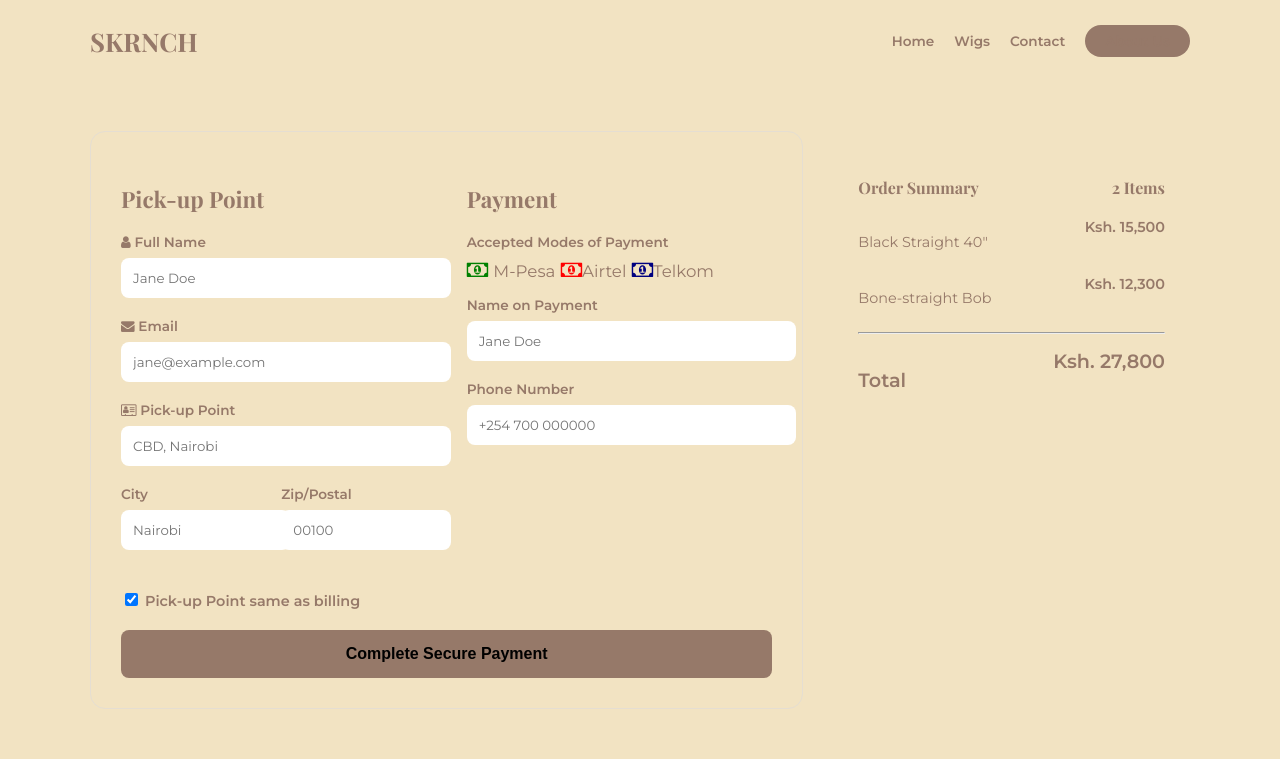
Repository: ndirituart/Portfolio
Page: paymentpage.html
An editor plug-in stored every save of this project. The page is shown before and after a run of saves, followed by the edit.
The browser window is 1280 px wide. The pictures show the whole page.
Some web fonts or font styles are not loaded; a fallback is used.

Above is the page before, as saved 2026-02-04 13:51:21.

### paymentpage.html
<!DOCTYPE html>
<html lang="en">
<head>
    <meta charset="UTF-8">
    <meta name="viewport" content="width=device-width, initial-scale=1.0">
    <title>Checkout | SKRNCH </title>
    <link href="https://fonts.googleapis.com/css2?family=Playfair+Display:ital,wght@0,700;1,700&family=Montserrat:wght@400;600&display=swap" rel="stylesheet">
    <link rel="stylesheet" href="https://cdnjs.cloudflare.com/ajax/libs/font-awesome/4.7.0/css/font-awesome.min.css">
</head>
<body>

    <header class="main-header">
        <div class="container">
            <div class="logo">SKRNCH </div>
            <nav>
                <ul>
                    <li><a href="Homepage.html">Home</a></li>
                    <li><a href="buywigs.html">Wigs</a></li>
                    <li><a href="contact.html">Contact</a></li>
                    <li><a href="about.html" class="btn-small">About Us</a></li>
                </ul>
            </nav>
        </div>
    </header>

    <main class="container checkout-section">
        <div class="checkout-grid">

            <div class="checkout-form-container">
                <form action="/submit_payment">
                    <div class="form-row">
                        <div class="form-col">
                            <h3>Pick-up Point</h3>
                            <label for="fname"><i class="fa fa-user"></i> Full Name</label>
                            <input type="text" id="fname" name="firstname" placeholder="Jane Doe">

                            <label for="email"><i class="fa fa-envelope"></i> Email</label>
                            <input type="text" id="email" name="email" placeholder="jane@example.com">

                            <label for="adr"><i class="fa fa-address-card-o"></i> Pick-up Point</label>
                            <input type="text" id="adr" name="address" placeholder="CBD, Nairobi">

                            <div class="inner-row">
                                <div class="form-col">
                                    <label for="city">City</label>
                                    <input type="text" id="city" name="city" placeholder="Nairobi">
                                </div>
                                <div class="form-col">
                                    <label for="zip">Zip/Postal</label>
                                    <input type="text" id="zip" name="zip" placeholder="00100">
                                </div>
                            </div>
                        </div>

                        <div class="form-col">
                            <h3>Payment</h3>
                            <label>Accepted Modes of Payment</label>
                            <div class="icon-container">
                                 <i class="fa fa-money" style="color:green;"></i> <small>M-Pesa</small>
                                <i class="fa fa-money" style="color:red;"></i><small>Airtel</small>
                                 <i class="fa fa-money" style="color:navy;"></i><small>Telkom</small>
                            </div>

                            <label for="cname">Name on Payment</label>
                            <input type="text" id="cname" name="customername" placeholder="Jane Doe">

                            <label for="ccnum">Phone Number</label>
                            <input type="text" id="phnum" name="phonenumber" placeholder="+254 700 000000">
                        </div>
                    </div>

                    <label class="checkbox-container">
                        <input type="checkbox" checked="checked" name="sameadr"> Pick-up Point same as billing
                    </label>
                    <button type="submit" class="btn-checkout">Complete Secure Payment</button>
                </form>
            </div>

            <div class="cart-summary">
                <h4>Order Summary <span class="cart-count">2 Items</span></h4>
                <div class="cart-item">
                    <p>Black Straight 40"</p>
                    <span class="item-price">Ksh. 15,500</span>
                </div>
                <div class="cart-item">
                    <p>Bone-straight Bob</p>
                    <span class="item-price">Ksh. 12,300</span>
                </div>
                <hr>
                <div class="cart-total">
                    <p>Total</p>
                    <span>Ksh. 27,800</span>
                </div>
            </div>
        </div>
    </main>

    </body>
</html>

    <style>
          :root {
    /* Primary Background & UI */
    --cream: #F2E3C2;
    --sand: #E5DED2;

    /* Brand & Accent Colors */
    --bronze: #A67C52;
    --gold-leaf: #C5B081;
    --deep-cocoa: #967969;

    /* Layout & Typography */
    --max-width: 1200px;
    --heading-font: 'Playfair Display', serif;
    --body-font: 'Montserrat', sans-serif;
}

        body {
            background-color: var(--cream);
            font-family: var(--body-font);
            color: var(--deep-cocoa);
            margin: 0;
        }

        .container {
            max-width: 1100px;
            margin: 0 auto;
            padding: 0 20px;
        }

        /* --- HEADER --- */
        .main-header {
            background: cream;
            padding: 15px 0;
            border-bottom: 1px solid var(--pink);
            position: sticky;
            top: 0;
            z-index: 100;
        }

        .main-header .container {
            display: flex;
            justify-content: space-between;
            align-items: center;
        }

        .logo {
            font-family: var(--heading-font);
            font-size: 1.6rem;
            font-weight: 700;
        }

        nav ul {
            display: flex;
            list-style: none;
            gap: 20px;
            align-items: center;
        }

        nav ul li a {
            text-decoration: none;
            color: var(--deep-cocoa);
            font-weight: 600;
            font-size: 0.85rem;
        }

        .btn-small {
            background: var(--deep-cocoa);
            color: cream !important;
            padding: 8px 20px;
            border-radius: 50px;
        }

        /* --- CHECKOUT GRID --- */
        .checkout-section { padding: 50px 20px; }

        .checkout-grid {
            display: grid;
            grid-template-columns: 2fr 1fr;
            gap: 30px;
            align-items: start;
        }

        .checkout-form-container {
            background: var(--cream);
            padding: 30px;
            border-radius: 15px;
            border: 1px solid var(--sand);
        }

        .form-row {
            display: grid;
            grid-template-columns: 1fr 1fr;
            gap: 40px;
        }

        .inner-row {
            display: grid;
            grid-template-columns: 1fr 1fr;
            gap: 15px;
        }

        h3 {
            font-family: var(--heading-font);
            margin-bottom: 20px;
            font-size: 1.4rem;
        }

        label {
            display: block;
            margin-bottom: 8px;
            font-size: 0.85rem;
            font-weight: 600;
        }

        input[type="text"] {
            width: 100%;
            padding: 12px;
            margin-bottom: 20px;
            border: 1px solid var(--pink);
            border-radius: 8px;
            font-family: var(--body-font);
        }

        input[type="text"]:focus {
            outline: none;
            border-color: var(--rose);
            background-color: #fffafb;
        }

        .icon-container {
            font-size: 20px;
            margin-bottom: 15px;
        }

        .checkbox-container {
            margin: 20px 0;
            font-size: 0.9rem;
        }

        .btn-checkout {
            background: var(--deep-cocoa);
            color: cream;
            width: 100%;
            padding: 15px;
            border: none;
            border-radius: 8px;
            font-weight: 700;
            font-size: 1rem;
            cursor: pointer;
            transition: 0.3s;
        }

        .btn-checkout:hover {
            background: var(--rose);
        }

        /* --- SUMMARY SIDEBAR --- */
        .cart-summary {
            background: cream;
            padding: 25px;
            border-radius: 15px;
            border: 1px solid var(--pink);
            position: sticky;
            top: 100px;
        }

        .cart-summary h4 {
            display: flex;
            justify-content: space-between;
            margin-bottom: 20px;
            font-family: var(--heading-font);
        }

        .cart-item {
            display: flex;
            justify-content: space-between;
            margin-bottom: 10px;
            font-size: 0.9rem;
        }

        .item-price { font-weight: 600; }

        .cart-total {
            display: flex;
            justify-content: space-between;
            font-weight: 700;
            font-size: 1.2rem;
            margin-top: 15px;
        }

        /* RESPONSIVE */
        @media (max-width: 850px) {
            .checkout-grid { grid-template-columns: 1fr; }
            .form-row { grid-template-columns: 1fr; gap: 20px; }
            .cart-summary { order: -1; position: static; }
        }
    </style>

After the next 2 saves:
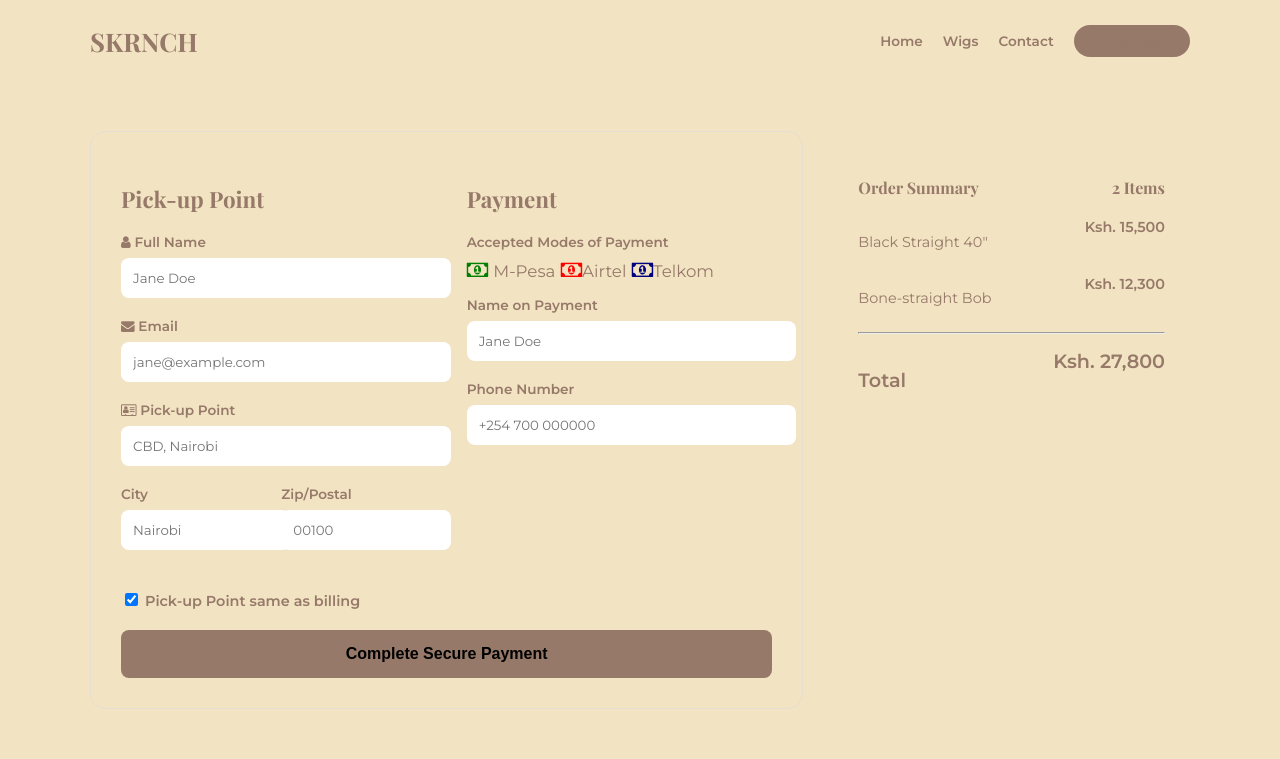
The 2 saves are shown as one change because they came seconds apart.
The last was saved 27 s later.
--- a/paymentpage.html
+++ b/paymentpage.html
@@ -17,7 +17,7 @@
                     <li><a href="Homepage.html">Home</a></li>
                     <li><a href="buywigs.html">Wigs</a></li>
                     <li><a href="contact.html">Contact</a></li>
-                    <li><a href="about.html" class="btn-small">About Us</a></li>
+                    <li><a href="ordernow.html"class="btn-small">Order Now</a></li>
                 </ul>
             </nav>
         </div>
